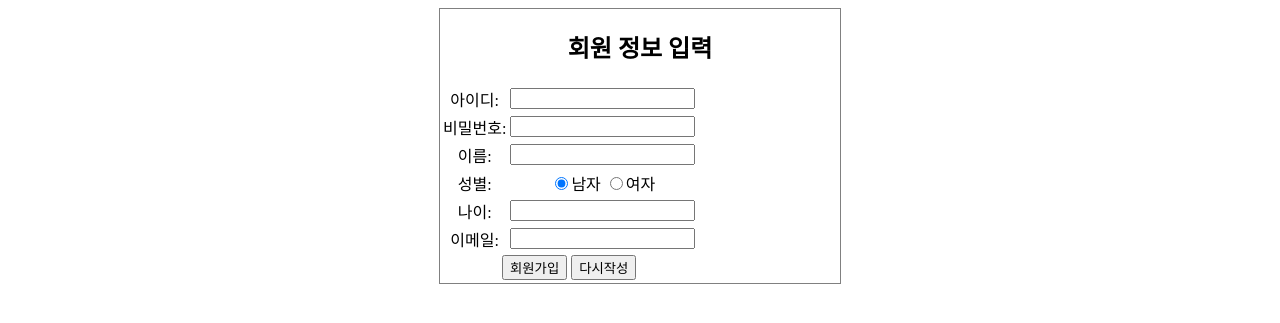
Repository: seminocoe/JSP_STUDY
Page: http://localhost/ServletProject/template/join.jsp
An editor plug-in stored every save of this project. The page is shown before and after a run of saves, followed by the edit.
The browser window is 1280 px wide. The pictures show the whole page.
The page is served by Tomcat 9. Nobody is signed in. The application's start-up code is not run.

Above is the page before, as saved 2022-08-08 04:57:55.

After the next 2 saves:
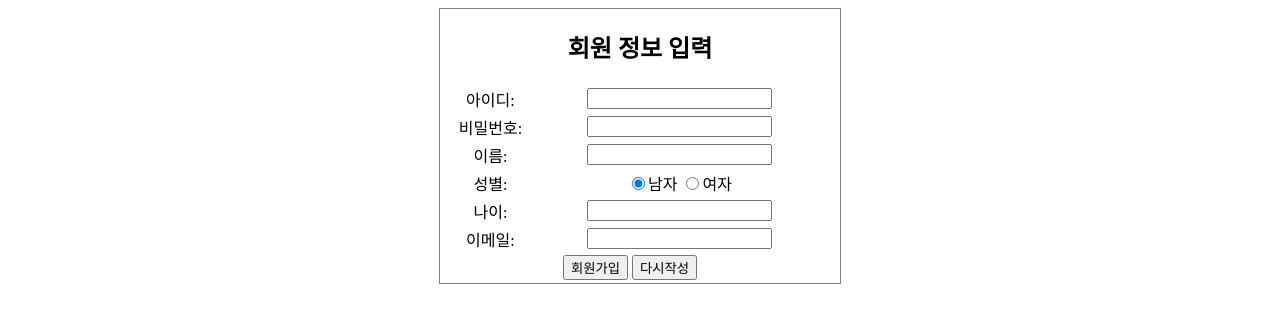
The 2 saves are shown as one change because they came seconds apart.
The last was saved 14 s later.
--- a/ServletProject/src/main/webapp/template/join.jsp
+++ b/ServletProject/src/main/webapp/template/join.jsp
@@ -15,6 +15,11 @@
 
 	h1{
 		text-align: center;
+	}
+
+	table{
+		width: 380px;
+
 	}
 </style>
 </head>
